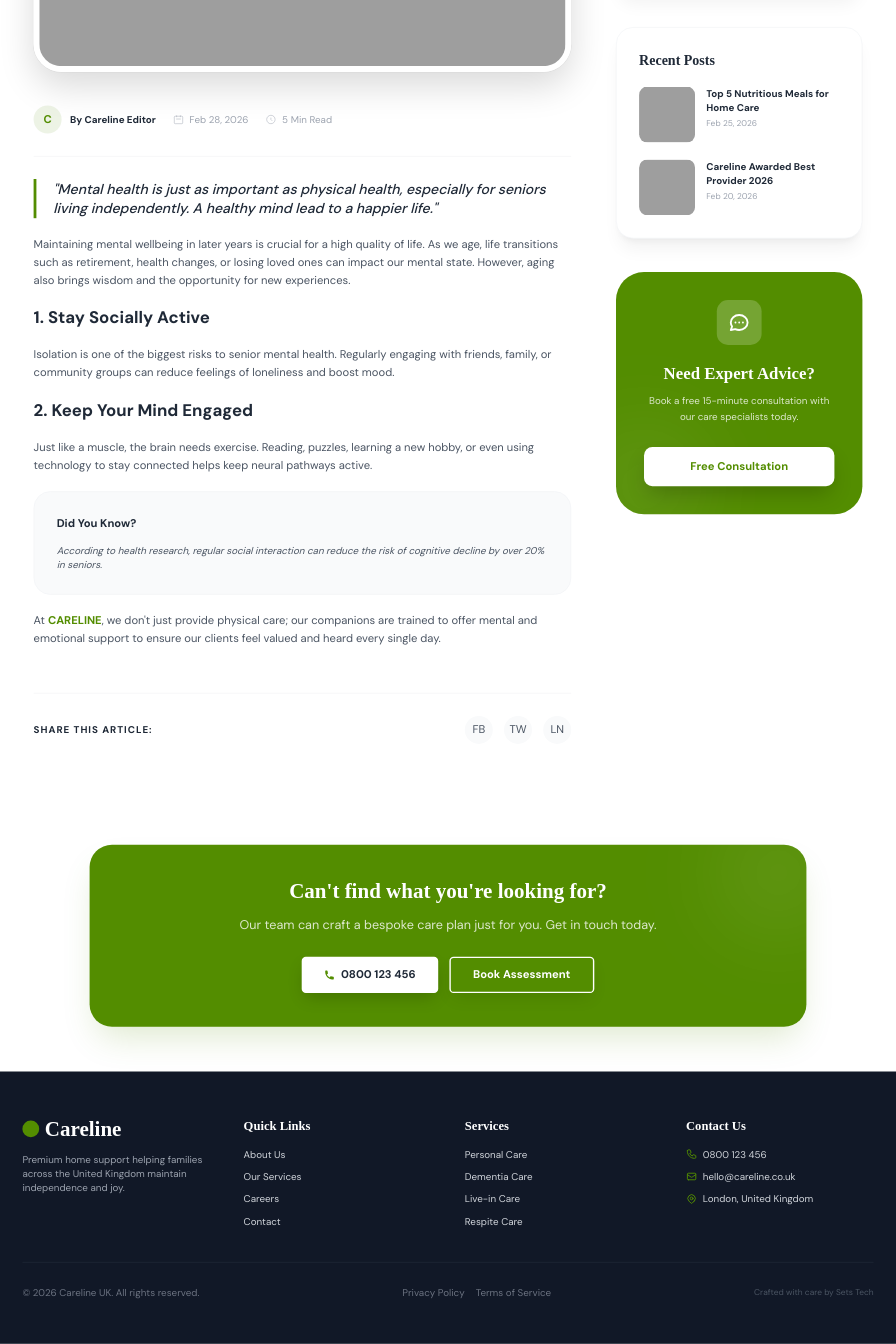
Repository: Iqbalhossen07/care
Page: http://localhost/blog-details.php
These files come from the project's save history. The page is drawn as it stood at one moment and after the next save; the edit follows.
The browser window is 1280 px wide. The pictures show the part of the page from y = 774 to 2694 px (the page is 2694 px tall before and 2557 px after), at 70% of full size.
Pictures or frames that could not be fetched are drawn as grey boxes. Some web fonts or font styles are not loaded; a fallback is used. Some web libraries are served in a nearby version. The page is run by PHP 8.4 with error messages shown; the project is at /var/www/html/.

Above is the page before, as saved 2026-02-28 05:51:10.

### blog-details.php
<?php include('head.php') ?>

<body class="font-body text-gray-600 antialiased bg-white">
    <?php include('header.php') ?>

    <section class="relative h-[250px] flex items-center overflow-hidden bg-darkText">
        <div class="absolute inset-0 z-0">
            <img src="https://images.unsplash.com/photo-1571019613454-1cb2f99b2d8b?auto=format&fit=crop&w=1500&q=80"
                class="w-full h-full object-cover opacity-20" alt="Blog Details">
            <div class="absolute inset-0 bg-gradient-to-r from-darkText via-darkText/80 to-transparent"></div>
        </div>

        <div class="max-w-7xl mx-auto px-6 lg:px-12 relative z-10 w-full">
            <nav class="flex mb-4 text-sm font-medium">
                <ol class="inline-flex items-center space-x-2">
                    <li><a href="index.php" class="text-gray-400 hover:text-brand transition-colors">Home</a></li>
                    <li class="text-gray-600">/</li>
                    <li><a href="blogs.php" class="text-gray-400 hover:text-brand transition-colors">Blogs</a></li>
                    <li class="text-gray-600">/</li>
                    <li class="text-brand font-bold uppercase tracking-widest text-[11px] md:text-sm">Mental Wellbeing
                    </li>
                </ol>
            </nav>
            <h1
                class="font-heading text-3xl md:text-5xl font-bold text-white mb-2 tracking-tight max-w-4xl leading-tight">
                How to Maintain Mental Wellbeing in Old Age
            </h1>
        </div>
    </section>

    <section class="py-20 bg-white">
        <div class="max-w-7xl mx-auto px-6 lg:px-12">
            <div class="grid lg:grid-cols-12 gap-12 lg:gap-16">

                <div class="lg:col-span-8">
                    <div
                        class="relative rounded-[2.5rem] overflow-hidden mb-12 shadow-[0_20px_50px_rgba(0,0,0,0.15)] border-8 border-white ring-1 ring-black/5">
                        <img src="https://images.unsplash.com/photo-1571019613454-1cb2f99b2d8b?auto=format&fit=crop&w=1200&q=80"
                            alt="Mental Wellbeing" class="w-full h-[450px] object-cover">
                        <span
                            class="absolute top-6 left-6 bg-brand text-white text-xs font-bold px-4 py-2 rounded-full shadow-lg">HEALTH
                            TIPS</span>
                    </div>

                    <div class="flex flex-wrap items-center gap-6 mb-8 pb-8 border-b border-gray-100">
                        <div class="flex items-center gap-3">
                            <div
                                class="w-10 h-10 rounded-full bg-brand/10 flex items-center justify-center text-brand font-bold">
                                C</div>
                            <span class="text-darkText font-bold text-sm">By Careline Editor</span>
                        </div>
                        <div class="text-gray-400 text-sm flex items-center gap-2">
                            <svg class="w-4 h-4" fill="none" stroke="currentColor" viewBox="0 0 24 24">
                                <path
                                    d="M8 7V3m8 4V3m-9 8h10M5 21h14a2 2 0 002-2V7a2 2 0 00-2-2H5a2 2 0 00-2 2v12a2 2 0 002 2z">
                                </path>
                            </svg>
                            Feb 28, 2026
                        </div>
                        <div class="text-gray-400 text-sm flex items-center gap-2">
                            <svg class="w-4 h-4" fill="none" stroke="currentColor" viewBox="0 0 24 24">
                                <path d="M12 8v4l3 3m6-3a9 9 0 11-18 0 9 9 0 0118 0z"></path>
                            </svg>
                            5 Min Read
                        </div>
                    </div>

                    <div class="prose prose-lg max-w-none text-gray-600 leading-relaxed space-y-6">
                        <p class="text-xl font-medium text-darkText italic border-l-4 border-brand pl-6">"Mental health
                            is just as important as physical health, especially for seniors living independently. A
                            healthy mind lead to a happier life."</p>

                        <p>Maintaining mental wellbeing in later years is crucial for a high quality of life. As we age,
                            life transitions such as retirement, health changes, or losing loved ones can impact our
                            mental state. However, aging also brings wisdom and the opportunity for new experiences.</p>

                        <h3 class="text-2xl font-bold text-darkText mt-10">1. Stay Socially Active</h3>
                        <p>Isolation is one of the biggest risks to senior mental health. Regularly engaging with
                            friends, family, or community groups can reduce feelings of loneliness and boost mood.</p>

                        <h3 class="text-2xl font-bold text-darkText mt-10">2. Keep Your Mind Engaged</h3>
                        <p>Just like a muscle, the brain needs exercise. Reading, puzzles, learning a new hobby, or even
                            using technology to stay connected helps keep neural pathways active.</p>

                        <div class="bg-lightBg p-8 rounded-3xl border border-gray-100 my-10">
                            <h4 class="font-bold text-darkText mb-4">Did You Know?</h4>
                            <p class="text-sm italic">According to health research, regular social interaction can
                                reduce the risk of cognitive decline by over 20% in seniors.</p>
                        </div>

                        <p>At <span class="text-brand font-bold uppercase">Careline</span>, we don't just provide
                            physical care; our companions are trained to offer mental and emotional support to ensure
                            our clients feel valued and heard every single day.</p>
                    </div>

                    <div
                        class="mt-16 pt-8 border-t border-gray-100 flex flex-col md:flex-row justify-between items-center gap-6">
                        <p class="font-bold text-darkText uppercase tracking-widest text-sm">Share this Article:</p>
                        <div class="flex gap-4">
                            <a href="#"
                                class="w-10 h-10 rounded-full bg-lightBg flex items-center justify-center hover:bg-brand hover:text-white transition-all">FB</a>
                            <a href="#"
                                class="w-10 h-10 rounded-full bg-lightBg flex items-center justify-center hover:bg-brand hover:text-white transition-all">TW</a>
                            <a href="#"
                                class="w-10 h-10 rounded-full bg-lightBg flex items-center justify-center hover:bg-brand hover:text-white transition-all">LN</a>
                        </div>
                    </div>
                </div>

                <div class="lg:col-span-4 space-y-12">
                    <div class="bg-lightBg p-8 rounded-3xl border border-gray-100 shadow-xl shadow-black/5">
                        <h4 class="font-heading text-xl font-bold text-darkText mb-4">Request a Callback</h4>
                        <p class="text-sm mb-6 text-gray-500">Need immediate help? Fill out your phone number and we
                            will call you.</p>
                        <form class="space-y-4">
                            <input type="text" placeholder="Your Name"
                                class="w-full px-4 py-3 rounded-md border border-gray-200 focus:border-brand focus:ring-4 focus:ring-brand/10 outline-none transition-all">
                            <input type="tel" placeholder="Phone Number"
                                class="w-full px-4 py-3 rounded-md border border-gray-200 focus:border-brand focus:ring-4 focus:ring-brand/10 outline-none transition-all">
                            <button
                                class="w-full py-3 bg-brand text-white font-bold rounded-md shadow-lg shadow-black/20 hover:bg-brandDark hover:-translate-y-1 transition-all">Submit
                                Request</button>
                        </form>
                    </div>


                    <div class="bg-white p-8 rounded-3xl border border-gray-100 shadow-xl shadow-black/5">
                        <h4 class="font-heading text-xl font-bold text-darkText mb-6">Recent Posts</h4>
                        <div class="space-y-6">
                            <a href="#" class="group flex gap-4">
                                <div class="w-20 h-20 rounded-xl overflow-hidden shrink-0">
                                    <img src="https://images.unsplash.com/photo-1516733725897-1aa73b87c8e8?auto=format&fit=crop&w=150&q=80"
                                        class="w-full h-full object-cover">
                                </div>
                                <div>
                                    <h5
                                        class="text-sm font-bold text-darkText group-hover:text-brand transition-colors line-clamp-2">
                                        Top 5 Nutritious Meals for Home Care</h5>
                                    <p class="text-xs text-gray-400 mt-1">Feb 25, 2026</p>
                                </div>
                            </a>
                            <a href="#" class="group flex gap-4">
                                <div class="w-20 h-20 rounded-xl overflow-hidden shrink-0">
                                    <img src="https://images.unsplash.com/photo-1582213782179-e0d53f98f2ca?auto=format&fit=crop&w=150&q=80"
                                        class="w-full h-full object-cover">
                                </div>
                                <div>
                                    <h5
                                        class="text-sm font-bold text-darkText group-hover:text-brand transition-colors line-clamp-2">
                                        Careline Awarded Best Provider 2026</h5>
                                    <p class="text-xs text-gray-400 mt-1">Feb 20, 2026</p>
                                </div>
                            </a>
                        </div>
                    </div>

                    <div class="bg-brand p-10 rounded-[2.5rem] text-white relative overflow-hidden group">
                        <div
                            class="absolute -bottom-10 -left-10 w-40 h-40 bg-white/10 rounded-full blur-3xl transition-all group-hover:scale-110">
                        </div>

                        <div class="relative z-10 text-center">
                            <div
                                class="w-16 h-16 bg-white/20 rounded-2xl flex items-center justify-center mx-auto mb-6">
                                <svg class="w-8 h-8 text-white" fill="none" stroke="currentColor" viewBox="0 0 24 24">
                                    <path stroke-linecap="round" stroke-linejoin="round" stroke-width="2"
                                        d="M8 12h.01M12 12h.01M16 12h.01M21 12c0 4.418-4.03 8-9 8a9.863 9.863 0 01-4.255-.949L3 20l1.395-3.72C3.512 15.042 3 13.574 3 12c0-4.418 4.03-8 9-8s9 3.582 9 8z">
                                    </path>
                                </svg>
                            </div>
                            <h4 class="font-heading text-2xl font-bold mb-3">Need Expert Advice?</h4>
                            <p class="text-white/80 text-sm mb-8 leading-relaxed">Book a free 15-minute consultation
                                with our care specialists today.</p>

                            <a href="contact.php"
                                class="block w-full py-4 bg-white text-brand font-bold rounded-xl shadow-[0_15px_30px_-5px_rgba(0,0,0,0.2)] hover:shadow-[0_20px_40px_-5px_rgba(0,0,0,0.3)] hover:-translate-y-1 transition-all duration-300 text-center">
                                Free Consultation
                            </a>
                        </div>
                    </div>
                </div>

            </div>
        </div>
    </section>

    <?php include('cta.php') ?>

    <?php include('footer.php') ?>

    <script src="main.js"></script>
</body>

</html>

### head.php
<!DOCTYPE html>
<html lang="en" class="scroll-smooth">

<head>
    <meta charset="UTF-8">
    <meta name="viewport" content="width=device-width, initial-scale=1.0">
    <title>Careline | Premium UK Home Support</title>
    <link
        href="https://fonts.googleapis.com/css2?family=DM+Sans:wght@400;500;700&family=PT+Serif:ital,wght@0,400;0,700;1,400&display=swap"
        rel="stylesheet">
    <script src="https://cdn.tailwindcss.com"></script>
    <script>
    tailwind.config = {
        theme: {
            extend: {
                colors: {
                    brand: '#538d00',
                    brandDark: '#7ab81f',
                    darkText: '#1f2937',
                    lightBg: '#f9fafb'
                },
                fontFamily: {
                    heading: ['"PT Serif"', 'serif'],
                    body: ['"DM Sans"', 'sans-serif'],
                }
            }
        }
    }
    </script>

    <link rel="stylesheet" href="style.css?v=<?= time(); ?>">
</head>

### header.php
 <header class="bg-white/95 backdrop-blur-sm border-b border-gray-100 sticky top-0 z-50">
     <div class="max-w-7xl mx-auto px-4 sm:px-6 lg:px-8">
         <div class="flex justify-between items-center h-20">
             <a href="#" class="font-heading font-bold text-3xl text-darkText flex items-center gap-2">
                 <span class="w-8 h-8 rounded-full bg-brand inline-block shadow-md"></span>
                 Careline
             </a>

             <nav class="hidden md:flex space-x-8 items-center">
                 <a href="index.php" class="text-gray-700 hover:text-brand font-medium transition-colors">Home</a>
                 <a href="#about" class="text-gray-700 hover:text-brand font-medium transition-colors">About Us</a>
                 <a href="services.php"
                     class="text-gray-700 hover:text-brand font-medium transition-colors">Services</a>
                 <a href="careers.php" class="text-gray-700 hover:text-brand font-medium transition-colors">Careers</a>
                 <a href="blogs.php" class="text-gray-700 hover:text-brand font-medium transition-colors">Blogs</a>
                 <a href="#contact"
                     class="bg-brand text-white px-6 py-2.5 rounded-md font-bold hover:bg-brandDark shadow-md shadow-black/20 hover:shadow-lg hover:shadow-black/30 transition-all duration-300 transform hover:-translate-y-1">
                     Get Support
                 </a>
             </nav>

             <div class="md:hidden flex items-center">
                 <button id="mobile-menu-btn" class="text-gray-700 hover:text-brand focus:outline-none p-2">
                     <svg class="h-7 w-7" fill="none" viewBox="0 0 24 24" stroke="currentColor">
                         <path id="menu-icon" stroke-linecap="round" stroke-linejoin="round" stroke-width="2"
                             d="M4 6h16M4 12h16M4 18h16" />
                     </svg>
                 </button>
             </div>
         </div>
     </div>

     <div id="mobile-menu" class="hidden md:hidden bg-white border-t border-gray-100 absolute w-full shadow-xl">
         <div class="px-4 pt-2 pb-6 space-y-2">
             <a href="index.php"
                 class="block px-3 py-3 text-base font-medium text-gray-700 hover:text-brand hover:bg-lightBg rounded-lg">Home</a>
             <a href="#about"
                 class="block px-3 py-3 text-base font-medium text-gray-700 hover:text-brand hover:bg-lightBg rounded-lg">About
                 Us</a>
             <a href="services.php"
                 class="block px-3 py-3 text-base font-medium text-gray-700 hover:text-brand hover:bg-lightBg rounded-lg">Services</a>
             <a href="careers.php"
                 class="block px-3 py-3 text-base font-medium text-gray-700 hover:text-brand hover:bg-lightBg rounded-lg">
                 Careers</a>
             <a href="blogs.php"
                 class="block px-3 py-3 text-base font-medium text-gray-700 hover:text-brand hover:bg-lightBg rounded-lg">
                 Blogs</a>
             <a href="#contact"
                 class="block px-3 py-2 text-base font-bold text-white bg-brand text-center rounded-lg mt-4 shadow-md shadow-black/20 hover:shadow-lg hover:shadow-black/30 transition-all duration-300 transform hover:-translate-y-1">Get
                 Support</a>
         </div>
     </div>
 </header>

### cta.php
 <section class="py-16 bg-white px-6">
        <div
            class="max-w-5xl mx-auto bg-brand p-8 md:p-12 rounded-[2rem] shadow-2xl shadow-brand/20 relative overflow-hidden">

            <div class="absolute -top-10 -right-10 w-40 h-40 bg-white/10 rounded-full blur-3xl"></div>

            <div class="max-w-2xl mx-auto text-center relative z-10">
                <h2 class="font-heading text-2xl md:text-3xl font-bold text-white mb-4">
                    Can't find what you're looking for?
                </h2>
                <p class="text-white/80 text-base md:text-lg mb-8">
                    Our team can craft a bespoke care plan just for you. Get in touch today.
                </p>

                <div class="flex flex-row justify-center gap-3 md:gap-4">
                    <a href="tel:0800123456"
                        class="flex-1 sm:flex-none bg-white text-darkText px-4 sm:px-8 py-3 rounded-md font-bold text-xs sm:text-base hover:bg-gray-50 transition-all shadow-[0_10px_25px_-5px_rgba(0,0,0,0.2)] hover:shadow-[0_15px_30px_-5px_rgba(0,0,0,0.3)] transform hover:-translate-y-1 duration-300 flex items-center justify-center gap-2">
                        <svg class="w-3 h-3 sm:w-4 sm:h-4 text-brand" fill="currentColor" viewBox="0 0 20 20">
                            <path
                                d="M2 3a1 1 0 011-1h2.153a1 1 0 01.986.836l.74 4.435a1 1 0 01-.54 1.06l-1.548.773a11.037 11.037 0 005.454 5.454l.774-1.548a1 1 0 011.06-.54l4.435.74a1 1 0 01.836.986V17a1 1 0 01-1 1h-2C7.82 18 2 12.18 2 5V3z">
                            </path>
                        </svg>
                        <span class="whitespace-nowrap">0800 123 456</span>
                    </a>

                    <a href="contact.php"
                        class="flex-1 sm:flex-none border-2 border-white text-white px-4 sm:px-8 py-3 rounded-md font-bold text-xs sm:text-base hover:bg-white hover:text-brand transition-all shadow-[0_10px_25px_-5px_rgba(0,0,0,0.1)] hover:shadow-[0_15px_30px_-5px_rgba(0,0,0,0.2)] transform hover:-translate-y-1 duration-300 flex items-center justify-center">
                        <span class="whitespace-nowrap">Book Assessment</span>
                    </a>
                </div>
            </div>
        </div>
    </section>

### style.css
@keyframes scroll-left {
  0% {
    transform: translateX(0);
  }

  100% {
    transform: translateX(-50%);
  }
}

.animate-marquee {
  display: flex;
  width: max-content;
  animation: scroll-left 60s linear infinite;
}

.animate-marquee:hover {
  animation-play-state: paused;
  /* Pause on hover so users can read */
}

.description {
  display: -webkit-box;
  -webkit-line-clamp: 2; /* কয় লাইন দেখাবে */
  -webkit-box-orient: vertical;
  overflow: hidden; /* এটি না থাকলে বাকি লেখাগুলো নিচে দেখা যাবে */
}

Loaded but not shown: main.js (104 lines, source omitted); footer.php (66 lines, source omitted)

After the next save:
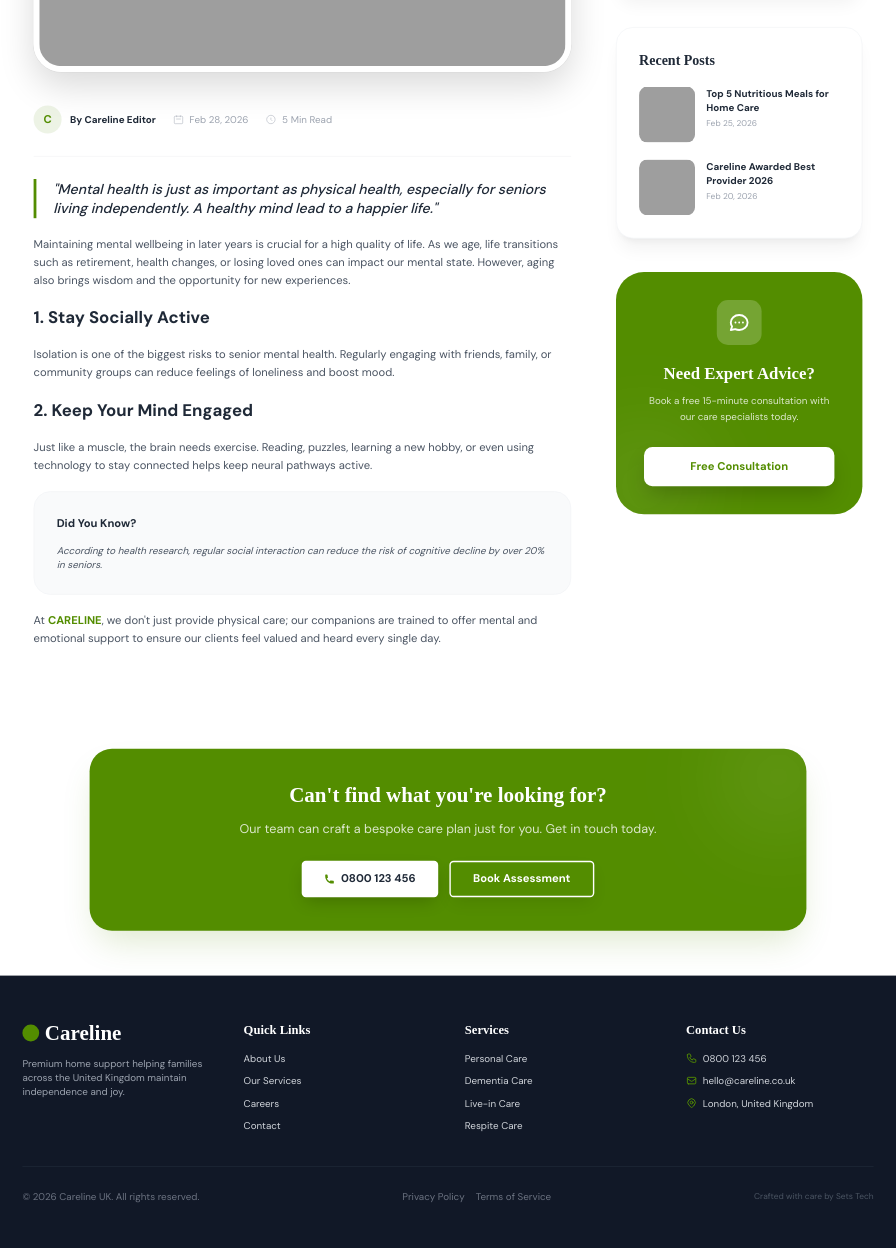
Saved 22 s later.
--- a/blog-details.php
+++ b/blog-details.php
@@ -93,18 +93,7 @@
                             our clients feel valued and heard every single day.</p>
                     </div>
 
-                    <div
-                        class="mt-16 pt-8 border-t border-gray-100 flex flex-col md:flex-row justify-between items-center gap-6">
-                        <p class="font-bold text-darkText uppercase tracking-widest text-sm">Share this Article:</p>
-                        <div class="flex gap-4">
-                            <a href="#"
-                                class="w-10 h-10 rounded-full bg-lightBg flex items-center justify-center hover:bg-brand hover:text-white transition-all">FB</a>
-                            <a href="#"
-                                class="w-10 h-10 rounded-full bg-lightBg flex items-center justify-center hover:bg-brand hover:text-white transition-all">TW</a>
-                            <a href="#"
-                                class="w-10 h-10 rounded-full bg-lightBg flex items-center justify-center hover:bg-brand hover:text-white transition-all">LN</a>
-                        </div>
-                    </div>
+
                 </div>
 
                 <div class="lg:col-span-4 space-y-12">
